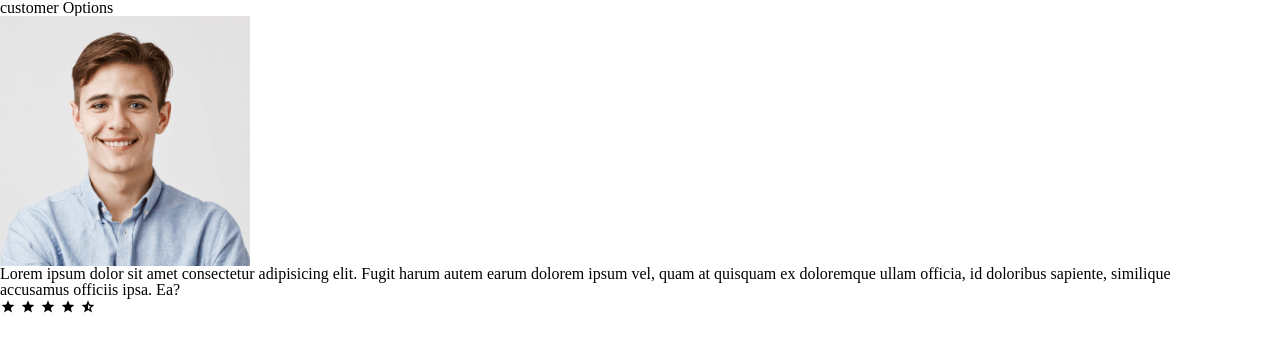
Repository: dinhhaidh/slider-3
Page: index.html
The author's editor kept a copy of each file at every save. The page is drawn from the files as they stood at one save, then again after a run of saves.
The browser window is 1280 px wide. The pictures show the whole page.

Above is the page before, as saved 2024-03-22 20:10:13.

### index.html
<!DOCTYPE html>
<html lang="en">
<head>
    <meta charset="UTF-8">
    <meta name="viewport" content="width=device-width, initial-scale=1.0">
    <title>Document</title>
    <link rel="stylesheet" href="https://cdnjs.cloudflare.com/ajax/libs/remixicon/4.2.0/remixicon.min.css">

    <link rel="stylesheet" href="style.css">

</head>
<body>
    <div class="customer">
        <h3 class="customer__title">customer Options</h3>
        <div class="customer__container container">
            <div class="customer__swiper">
                <div>
                    <article class="customer__article">
                        <img src="./img1.png" alt="image" class="customer__img">

                        <p>
                            Lorem ipsum dolor sit amet consectetur adipisicing elit. Fugit harum autem earum dolorem ipsum vel, quam at quisquam ex doloremque ullam officia, id doloribus sapiente, similique accusamus officiis ipsa. Ea?
                        </p>

                        <div class="customer__star">
                            <i class="ri-star-s-fill"></i>
                            <i class="ri-star-s-fill"></i>
                            <i class="ri-star-s-fill"></i>
                            <i class="ri-star-s-fill"></i>
                            <i class="ri-star-half-s-line"></i>
                        </div>
                    </article>
                </div>
            </div>
        </div>
    </div>
</body>
</html>

### style.css
*,
*:before,
*:after {
  box-sizing: border-box;
}
* {
  margin: 0;
  padding: 0;
  font: inherit;
}
img,
picture,
svg,
video {
  display: block;
  max-width: 100%;
}
input,
select,
textarea {
  background-color: transparent;
  outline: none;
}
button {
  cursor: pointer;
  background-color: transparent;
  outline: none;
  border: 0;
}
body {
  min-height: 100vh;
  font-weight: 400;
  font-size: 16px;
  line-height: 1;
}


.container{
    max-width: 1220px;
    Margin-inline: a;
}

After the next 2 saves:
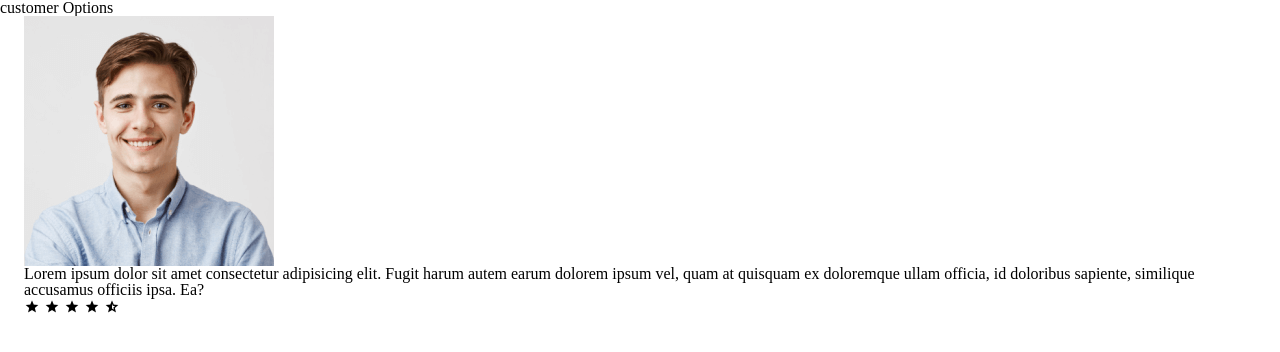
The 2 saves are shown as one change because they came seconds apart.
The last was saved 6 s later.
--- a/style.css
+++ b/style.css
@@ -37,5 +37,5 @@ body {
 
 .container{
     max-width: 1220px;
-    Margin-inline: a;
+    Margin-inline: 1.5rem;
 }
